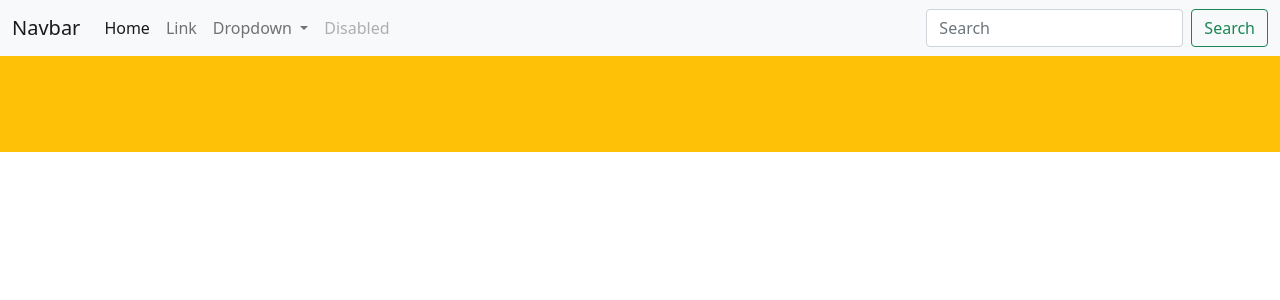
Repository: khulqu15/pengaduan2
Page: http://localhost/
An editor plug-in stored every save of this project. The page is shown before and after the next save, followed by the edit.
The browser window is 1280 px wide. The pictures show the whole page.
The page is served by the project's Laravel application, run on PHP 8.4 with Laravel 8.

Above is the page before, as saved 2021-02-23 20:20:27.

After the next save:
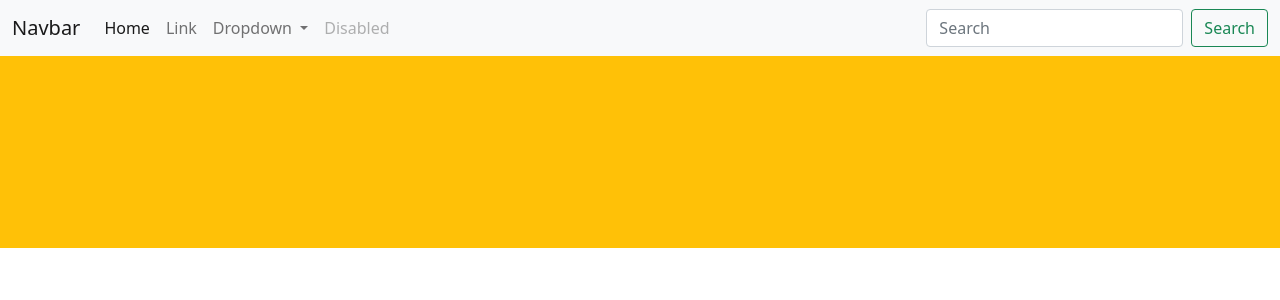
Saved 4 s later.
--- a/resources/views/welcome.blade.php
+++ b/resources/views/welcome.blade.php
@@ -4,7 +4,7 @@
 
 @section('content')
     <div class="container-fluid bg-warning py-5">
-        <div class="row">
+        <div class="row py-5">
             <div class="col-md-12"></div>
         </div>
     </div>
